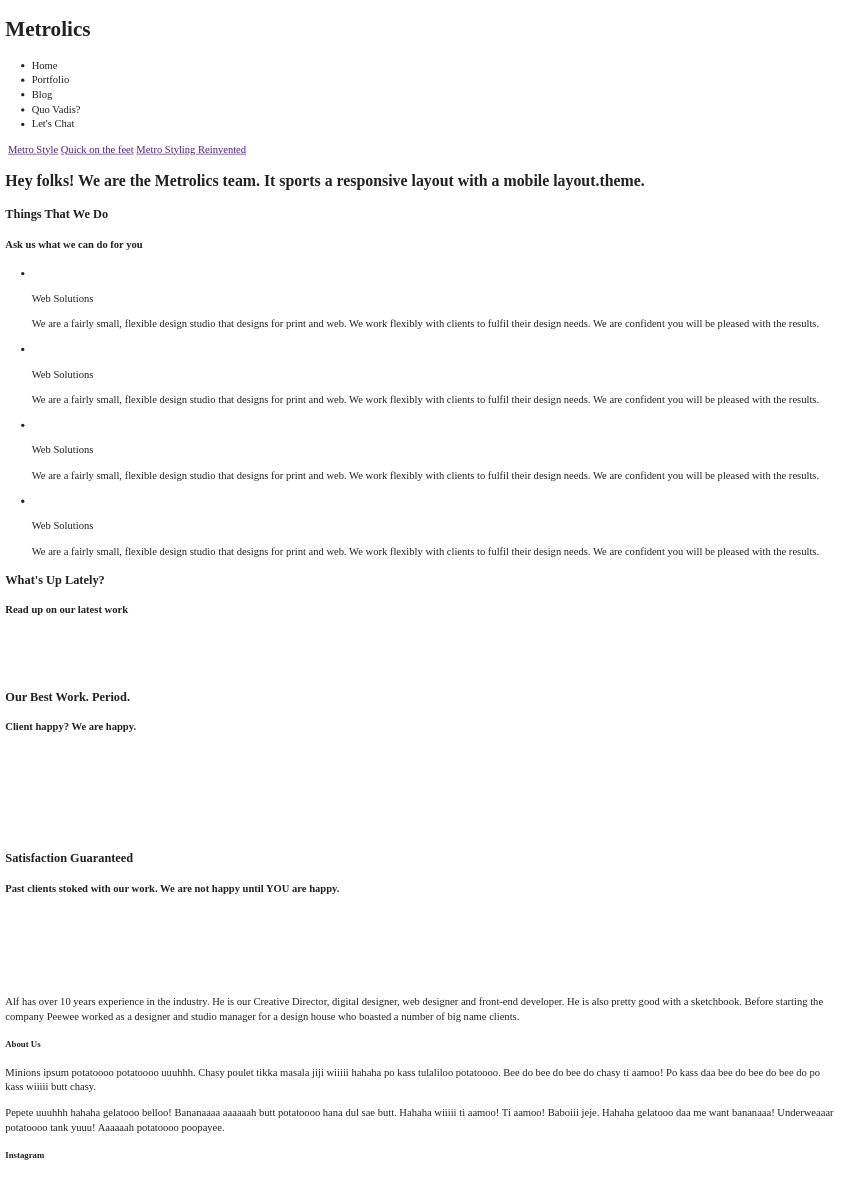
Repository: kaitlynlew/Lab02-Metrolics
Page: index.html
An editor plug-in stored every save of this project. The page is shown before and after the next save, followed by the edit.
The browser window is 1280 px wide. The pictures show the whole page, at 66% of full size.

Above is the page before, as saved 2025-01-22 15:22:20.

After the next save:
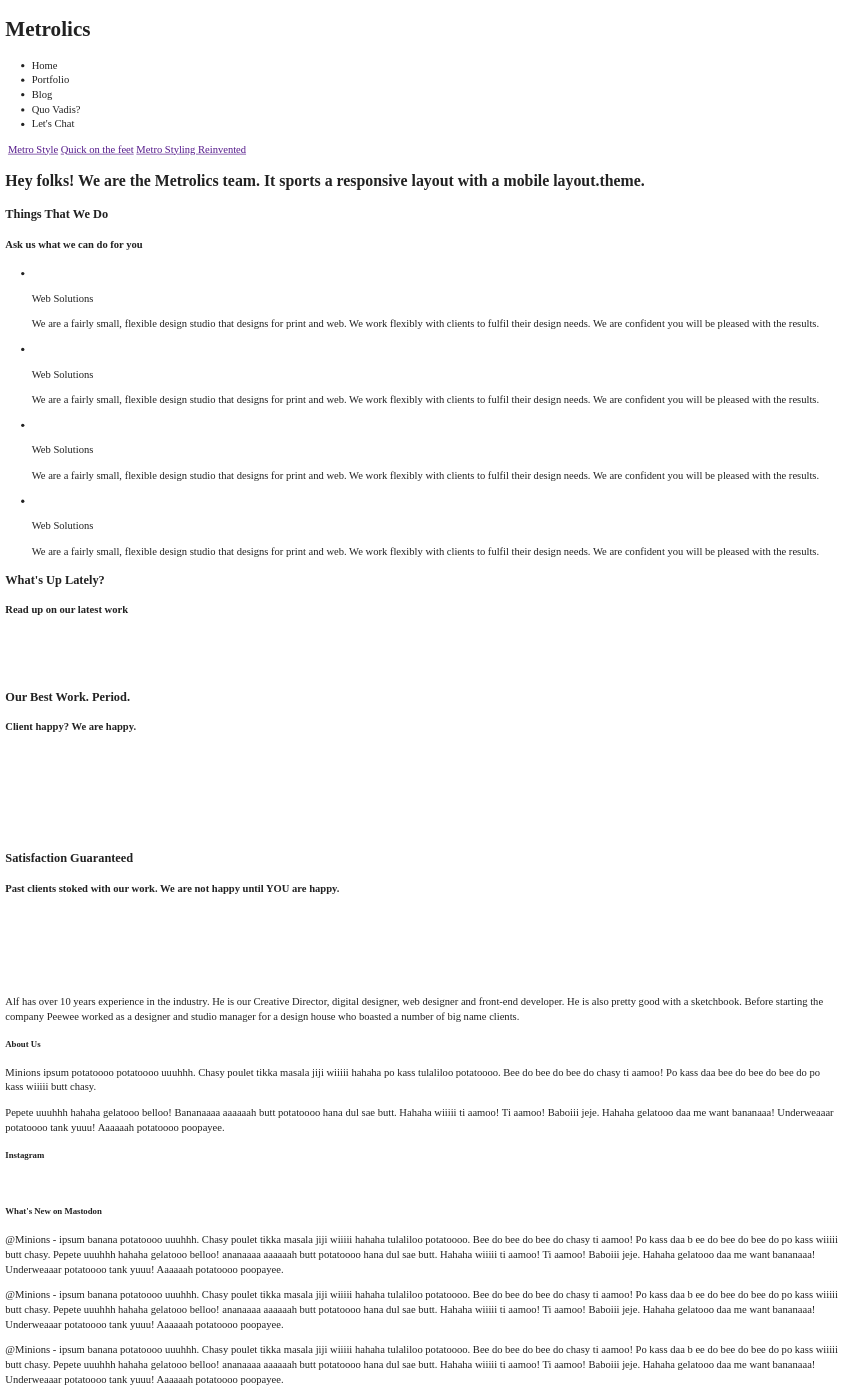
Saved 3 min 31 s later.
--- a/index.html
+++ b/index.html
@@ -130,6 +130,12 @@
           <img src="">
           <img src="">
       </section>
+      <section>
+        <h5>What's New on Mastodon</h5>
+        <p>@Minions - ipsum banana potatoooo uuuhhh. Chasy poulet tikka masala jiji wiiiii hahaha tulaliloo potatoooo. Bee do bee do bee do chasy ti aamoo! Po kass daa b ee do bee do bee do po kass wiiiii butt chasy. Pepete uuuhhh hahaha gelatooo belloo! ananaaaa aaaaaah butt potatoooo hana dul sae butt. Hahaha wiiiii ti aamoo! Ti aamoo! Baboiii jeje. Hahaha gelatooo daa me want bananaaa! Underweaaar potatoooo tank yuuu! Aaaaaah potatoooo poopayee. </p>
+        <p>@Minions - ipsum banana potatoooo uuuhhh. Chasy poulet tikka masala jiji wiiiii hahaha tulaliloo potatoooo. Bee do bee do bee do chasy ti aamoo! Po kass daa b ee do bee do bee do po kass wiiiii butt chasy. Pepete uuuhhh hahaha gelatooo belloo! ananaaaa aaaaaah butt potatoooo hana dul sae butt. Hahaha wiiiii ti aamoo! Ti aamoo! Baboiii jeje. Hahaha gelatooo daa me want bananaaa! Underweaaar potatoooo tank yuuu! Aaaaaah potatoooo poopayee. </p>
+        <p>@Minions - ipsum banana potatoooo uuuhhh. Chasy poulet tikka masala jiji wiiiii hahaha tulaliloo potatoooo. Bee do bee do bee do chasy ti aamoo! Po kass daa b ee do bee do bee do po kass wiiiii butt chasy. Pepete uuuhhh hahaha gelatooo belloo! ananaaaa aaaaaah butt potatoooo hana dul sae butt. Hahaha wiiiii ti aamoo! Ti aamoo! Baboiii jeje. Hahaha gelatooo daa me want bananaaa! Underweaaar potatoooo tank yuuu! Aaaaaah potatoooo poopayee. </p>
+      </section>
   </section>
 </footer>
 
